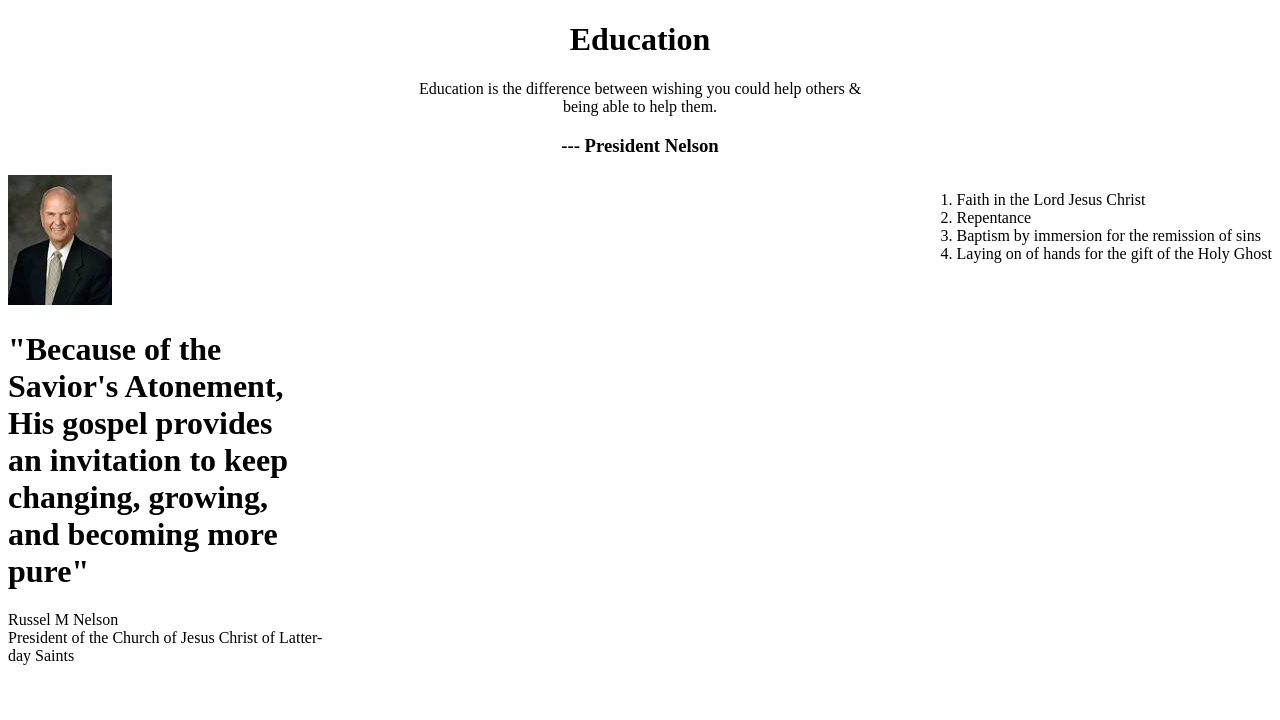
Repository: nak97/WDD-130
Page: ice challenge/index.html
The author's editor kept a copy of each file at every save. The page is drawn from the files as they stood at one save, then again after the next save.
The browser window is 1280 px wide. The pictures show the whole page.

Above is the page before, as saved 2023-01-24 21:08:48.

### ice challenge/index.html
<!DOCTYPE html>

<html>
  <head>
    <meta charset="utf-8">
    <meta http-equiv="X-UA-Compatible" content="IE=edge">
    <title></title>
    <meta name="description" content="">
    <meta name="viewport" content="width=device-width, initial-scale=1">
    <link rel="stylesheet" href="styles.css">
  </head>
  <body>
    <div class="container">
    <div class="background">
      <div class="top-info">
   <h1>Education  </h1>
   <p>Education is the difference between wishing you could help others & <br> being able to help them.</p>
   <h3>--- President Nelson</h3>
    </div>
   <ol type="1">
    <li>Faith in the Lord Jesus Christ</li>
    <li>Repentance</li>
    <li>Baptism by immersion for the remission of sins</li>
    <li>Laying on of hands for the gift of the Holy Ghost</li>
  </ol>
    <img src="data:[embedded picture, 3119 characters]" alt="Pres Nelly">
<h1>"Because of the <br> Savior's Atonement,<br> His gospel provides <br> an invitation to keep <br> changing, growing, <br> and becoming more <br> pure"</h1>
<footer><p>Russel M Nelson <br>President of the Church of Jesus Christ of Latter- <br> day Saints</p>
</footer>

  </body>

</div>
</div>
</html>

### ice challenge/styles.css
.top-info {
  text-align: center;
}

ol{
  float: right;
}

After the next save:
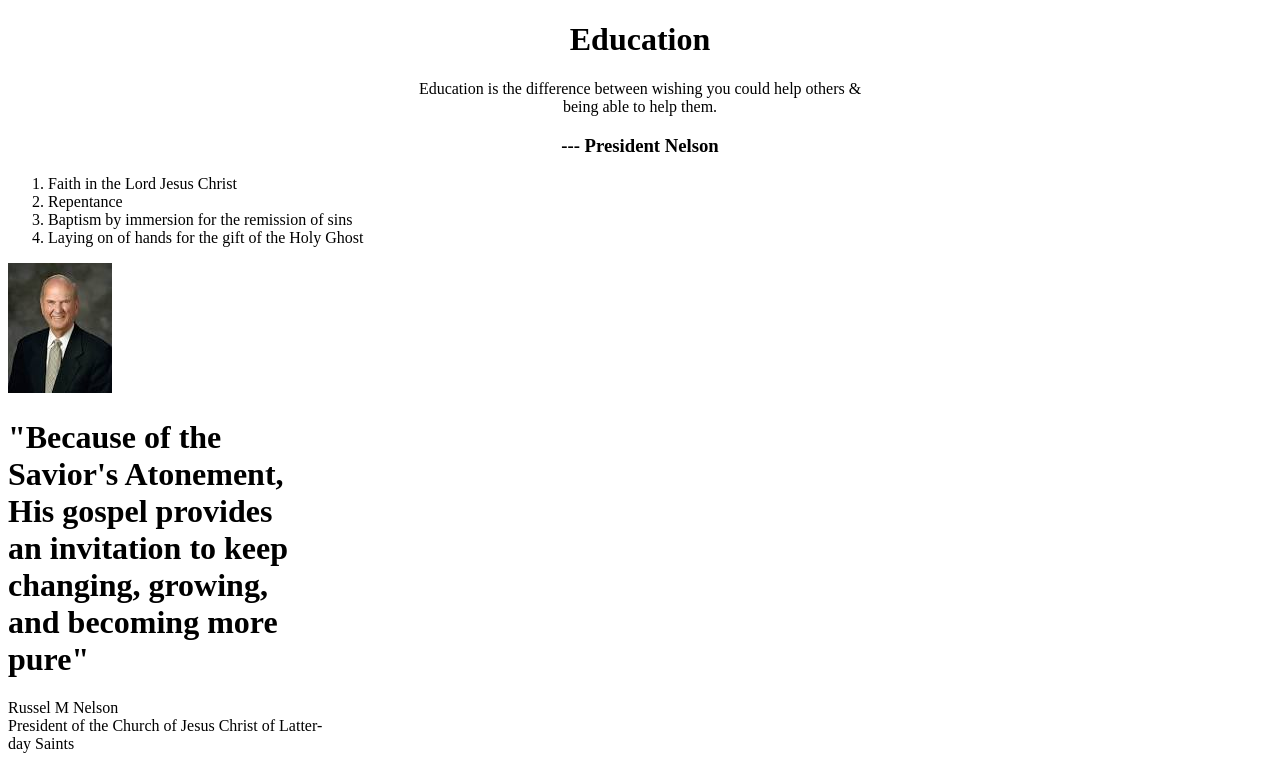
Saved 14 s later.
--- a/ice challenge/styles.css
+++ b/ice challenge/styles.css
@@ -3,5 +3,5 @@
 }
 
 ol{
-  float: right;
+  float: center;
 }
